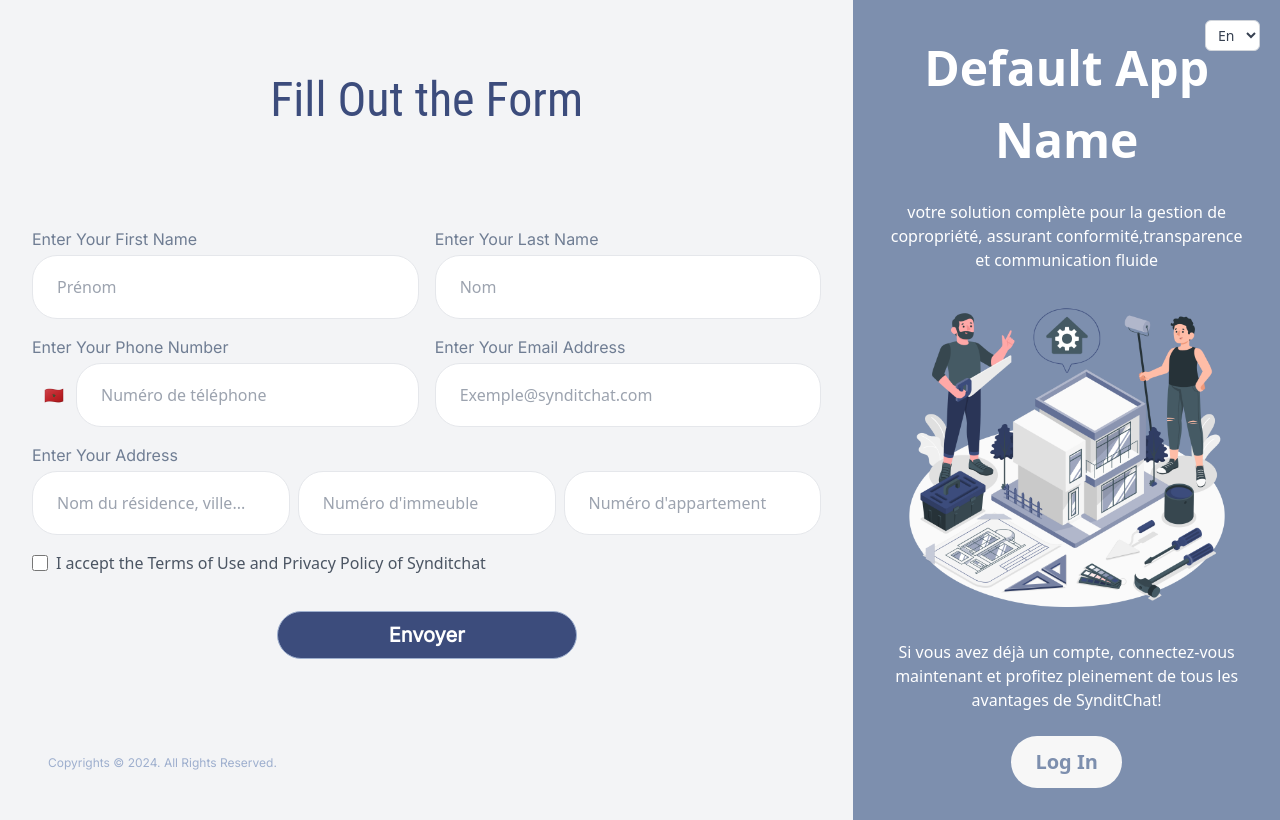
Repository: idir2023/Syndicat-amine
Page: http://localhost/inscription
An editor plug-in stored every save of this project. The page is shown before and after the next save, followed by the edit.
The browser window is 1280 px wide. The pictures show the whole page.
Some web libraries are served in a nearby version. The page is served by the project's Laravel application, run on PHP 8.4 with Laravel 12. Queries for data that is not in the repository find no rows.

Above is the page before, as saved 2024-10-13 11:08:58.

After the next save:
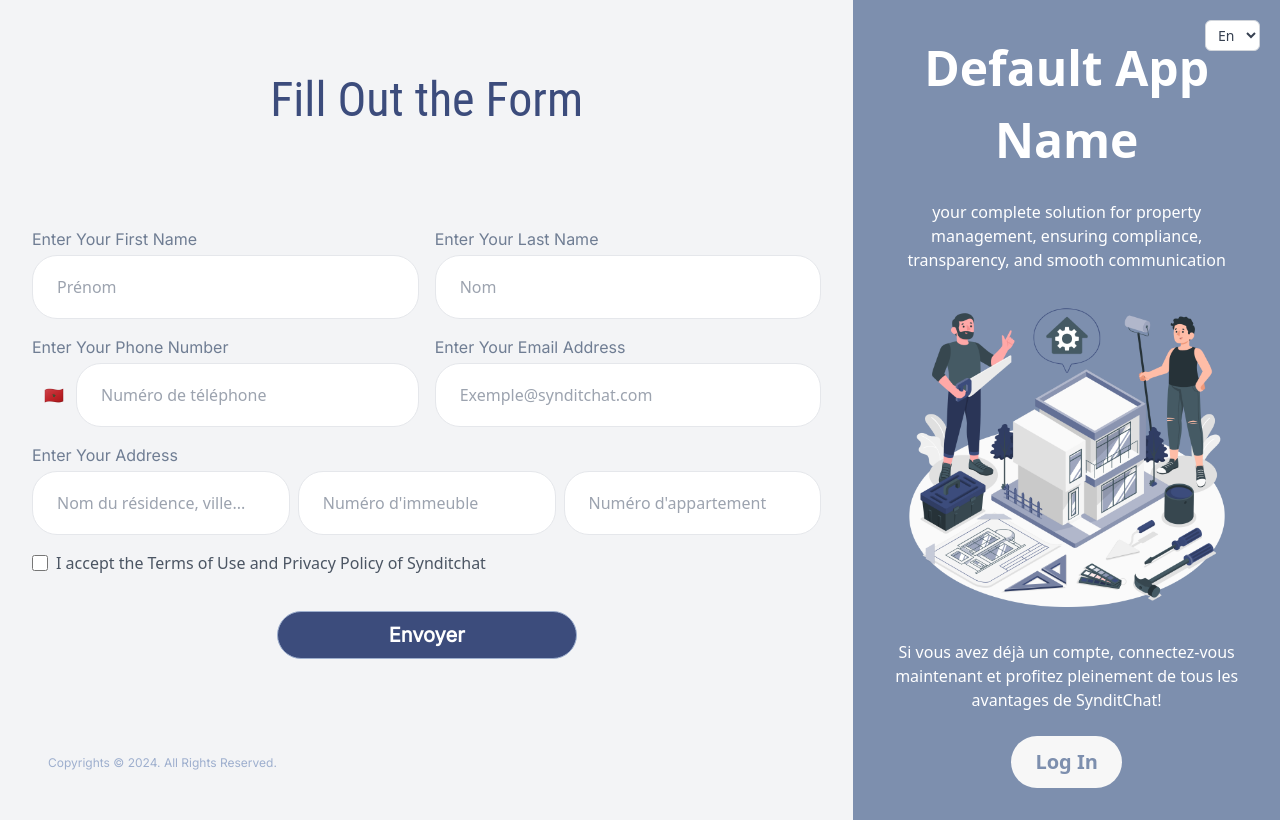
Saved 3 s later.
--- a/resources/lang/en.json
+++ b/resources/lang/en.json
@@ -205,7 +205,7 @@
     "J`accepte les Conditions d`utilisation et la Politique de confidentialité de Synditchat": "I accept the Terms of Use and Privacy Policy of Synditchat",
     "Envoyer": "Submit",
     "Copyrights © {{date}}. All Rights Reserved.": "Copyrights © {{date}}. All Rights Reserved.",
-    "votre solution complète pour la gestion de copropriété, assurant conformité, transparence et communication fluide": "your complete solution for property management, ensuring compliance, transparency, and smooth communication",
+    "votre solution complète pour la gestion de copropriété, assurant conformité,transparence et communication fluide": "your complete solution for property management, ensuring compliance, transparency, and smooth communication",
     "Si vous avez déjà un compte, connectez-vous maintenant et profitez pleinement de tous les avantages de SynditChat!": "If you already have an account, log in now and enjoy all the benefits of SynditChat!",
     "Se connecter": "Log In",
     "Félécitation !": "Congratulations!"
